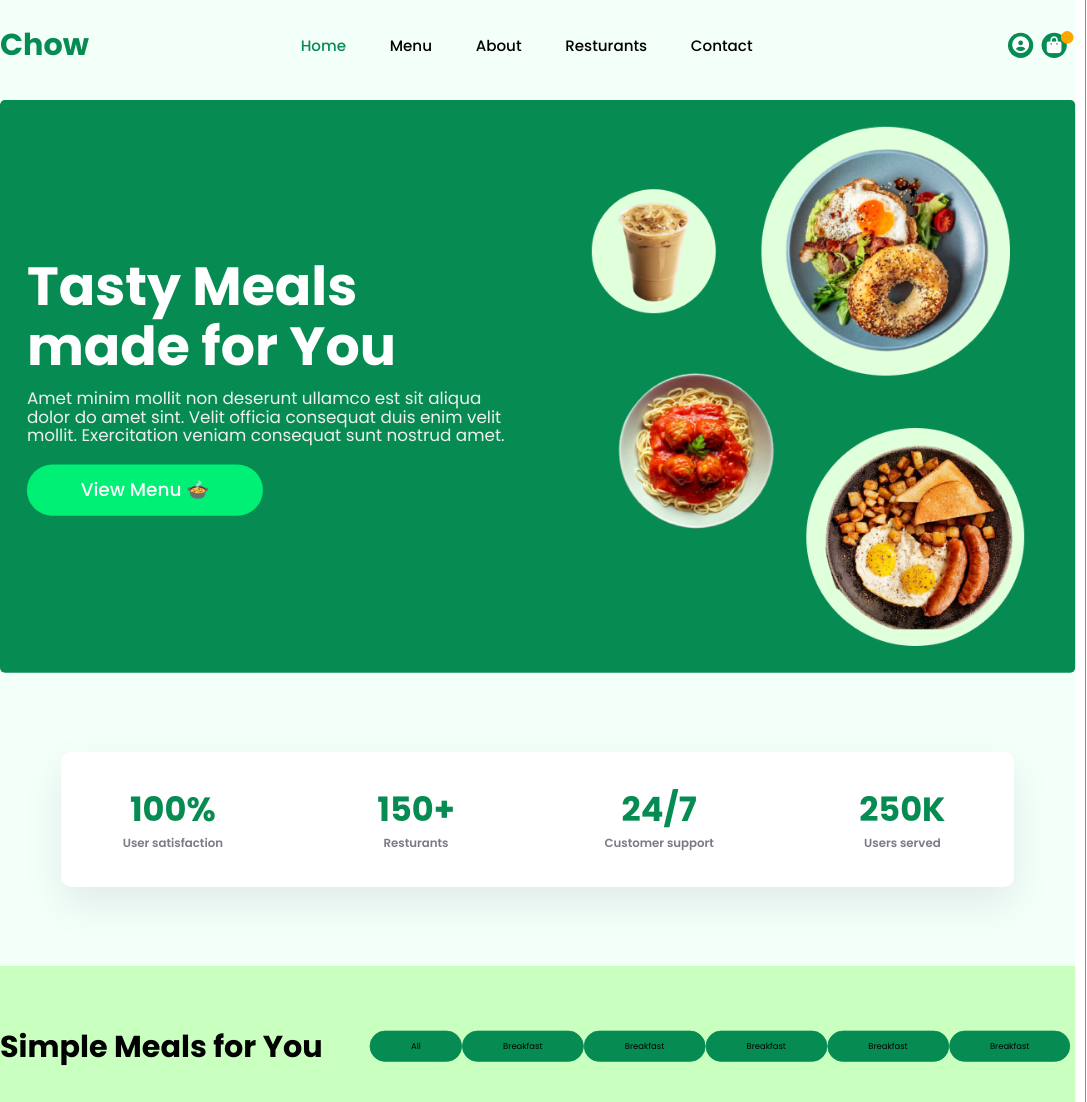
Repository: nguyennam1029/balbal
Page: index.html
An editor plug-in stored every save of this project. The page is shown before and after the next save, followed by the edit.
The browser window is 1280 px wide. The page is 1292 px wide, then 1294 px, so the pictures cover 1294 px, including what lies to the right of the window. The pictures show the whole page, at 84% of full size.
Some web libraries are served in a nearby version.

Above is the page before, as saved 2022-07-01 18:14:43.

After the next save:
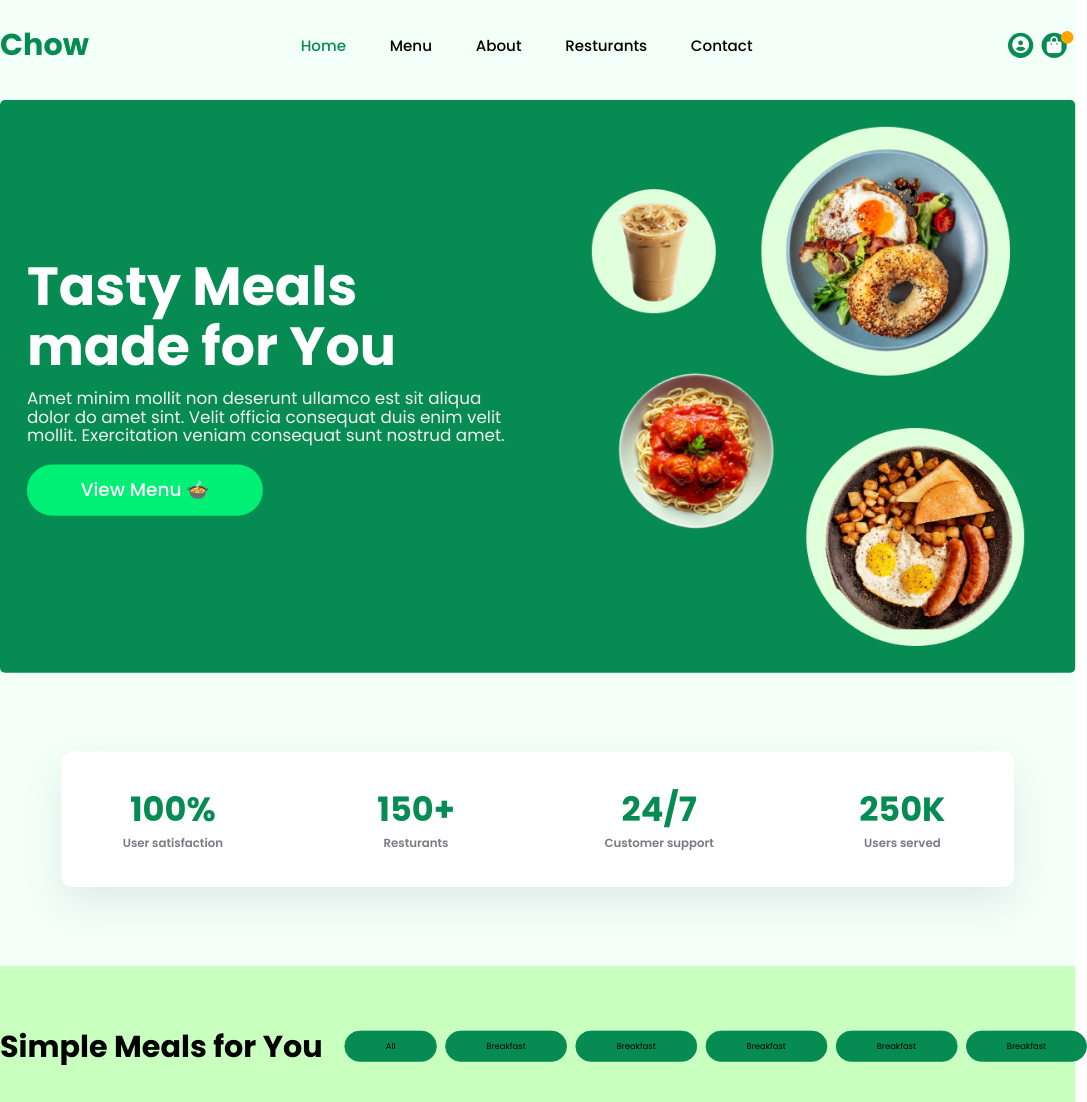
Saved 13 s later.
--- a/css/style.css
+++ b/css/style.css
@@ -251,4 +251,5 @@ ul {
     border       : 1px solid #068C52;
     border-radius: 40px;
     display      : block;
-}
+    margin-right : 10px;
+}
